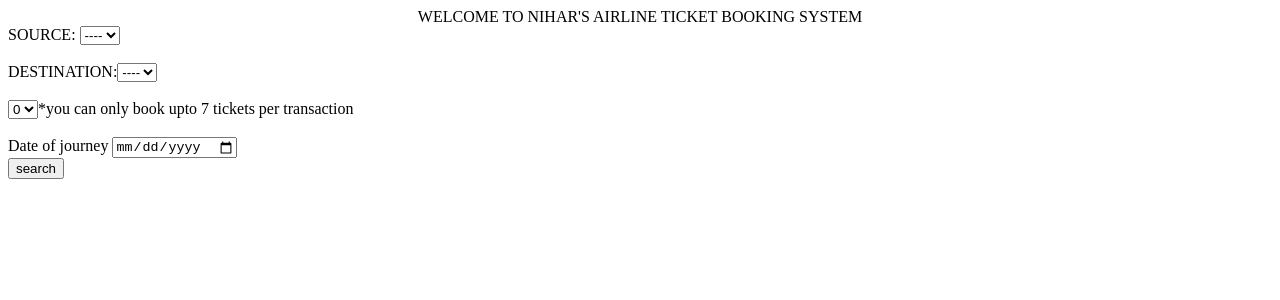
Repository: nihargowda/phase2project
Page: http://localhost/AirAway/
These files come from the project's save history. The page is drawn as it stood at one moment and after the next save; the edit follows.
The browser window is 1280 px wide. The pictures show the whole page.
The page is served by Tomcat 9. Other server files are loaded and not shown. Queries for data that is not in the repository find no rows.

Above is the page before, as saved 2020-11-17 17:26:40.

### AirAway/src/main/webapp/index.jsp
<%@page import="java.time.LocalDate"%>
<%@page import="java.util.Date"%>
<%@page import="java.sql.ResultSet"%>
<%@page import="java.sql.Statement"%>
<%@page import="java.sql.DriverManager"%>
<%@page import="java.sql.Connection"%>
<html>

<center>WELCOME TO NIHAR'S AIRLINE TICKET BOOKING SYSTEM</center>

<form action="/AirAway/FlightSearch"  method="post"  >


<%

Class.forName("com.mysql.jdbc.Driver");
Connection con= DriverManager.getConnection("jdbc:mysql://localhost:3307/airaway","root","");
String sourcesql= "SELECT DISTINCT source FROM airlinedetails";

Statement s= con.createStatement();
ResultSet rs= s.executeQuery(sourcesql);


%>
SOURCE: <select name="source">
<option>----</option>
<% while(rs.next()){

	%>
<option> <%=rs.getString("source") %></option>
<%} %>

</select>
<br>

<%

 con= DriverManager.getConnection("jdbc:mysql://localhost:3307/airaway","root","");
String sqldestination= "SELECT DISTINCT destination FROM airlinedetails";

 s= con.createStatement();
 rs= s.executeQuery(sqldestination);
%>

<br>
DESTINATION:<select name="destination">
<option>----</option>

<% while(rs.next()){

	%>
<option> <%=rs.getString("destination") %></option>
<%} %>
</select>

<br>
<br>
<select name="passengers">
<option>0</option>
<%
for(int i=1;i<8;i++){
%>
<option><% out.print(i); %>
</option>
<%} %>
</select>*you can only book upto 7 tickets per transaction
<br>

<br>
Date of journey
<% LocalDate ld = LocalDate.now();%>
 <input type="date" name="date" min=<%= ld.plusDays(1)  %>><br>


<input type="submit" value="search">


</form>



</body>
</html>

After the next save:
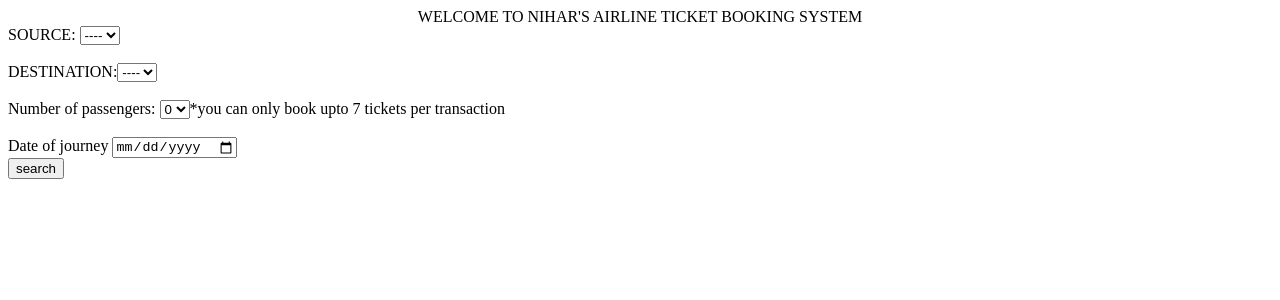
Saved 12 min 44 s later.
--- a/AirAway/src/main/webapp/index.jsp
+++ b/AirAway/src/main/webapp/index.jsp
@@ -54,7 +54,7 @@ DESTINATION:<select name="destination">
 </select>
 
 <br>
-<br>
+<br>Number of passengers:
 <select name="passengers">
 <option>0</option>
 <%
